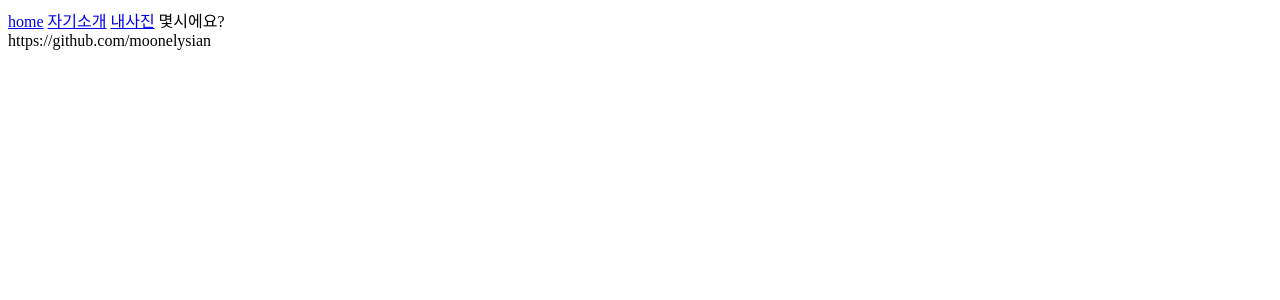
Repository: moonelysian/edwith-
Page: BE_PJT1-1/WebContent/index.html
The author's editor kept a copy of each file at every save. The page is drawn from the files as they stood at one save, then again after the next save.
The browser window is 1280 px wide. The pictures show the whole page.

Above is the page before, as saved 2019-08-07 04:56:28.

After the next save:
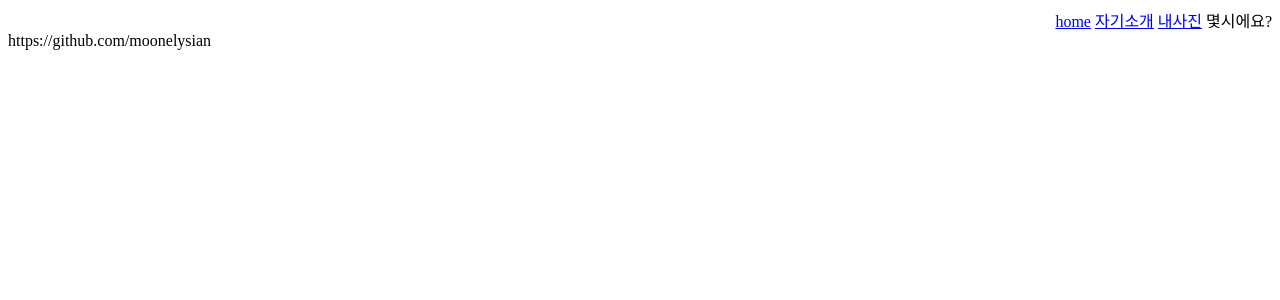
Saved 105 s later.
--- a/BE_PJT1-1/WebContent/style.css
+++ b/BE_PJT1-1/WebContent/style.css
@@ -1,4 +1,4 @@
 @charset "UTF-8";
 nav {
-	text-align: left;
+	text-align: right;
 }
